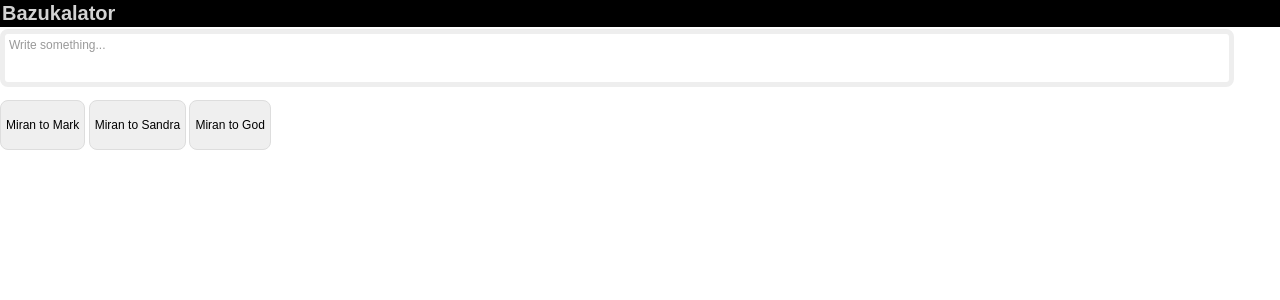
Repository: mbadzak/bazukalator
Page: Bazukalator/assets/www/index.html
These files come from the project's save history. The page is drawn as it stood at one moment and after the next save; the edit follows.
The browser window is 1280 px wide. The pictures show the whole page.

Above is the page before, as saved 2012-10-14 06:00:23.

After the next save:
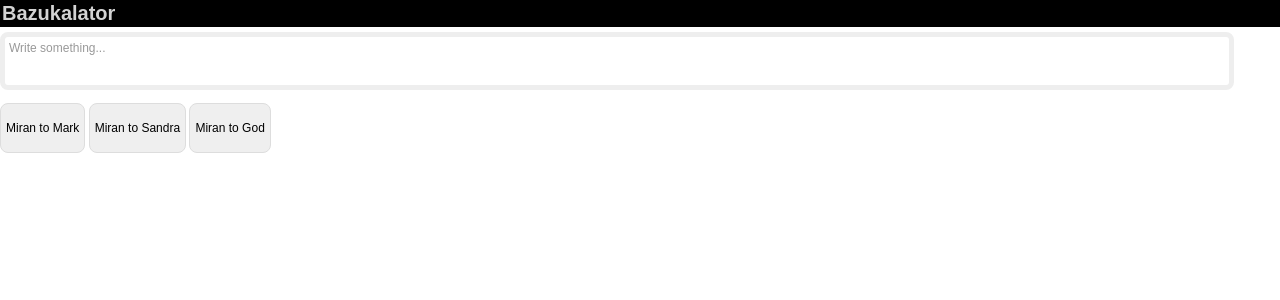
Saved 13 s later.
--- a/Bazukalator/assets/www/index.html
+++ b/Bazukalator/assets/www/index.html
@@ -40,7 +40,7 @@ body {
   <div class="generic_heading" style="color: lightgray; background: black; padding: 2px;">
     Bazukalator
   </div>
-  <div style="margin-top: 2px; text-align: left;">
+  <div style="margin-top: 5px; text-align: left;">
     <textarea name="msg"
               id="msg"
               onFocus="utl_clear_text_field(this, 'Write something...');"
